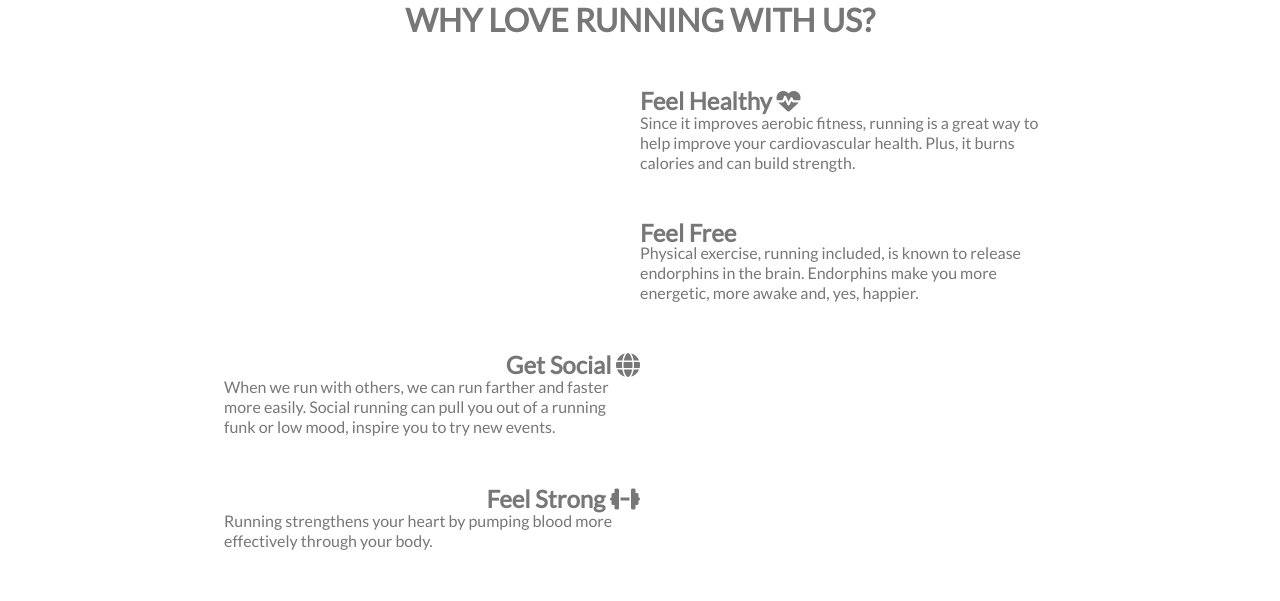
Repository: Baal89/love-running
Page: index.html
The author's editor kept a record of every edit. The page is drawn from the files as they stood at one moment, then again after the next edit.
The browser window is 1280 px wide. The pictures show the part of the page from y = 705 to 1306 px (the page is 2940 px tall).
Pictures or frames that could not be fetched are drawn as grey boxes. Some web libraries are served in a nearby version.

Above is the page before.

### index.html
<!DOCTYPE html>
<html lang="en">

<head>
    <meta charset="UTF-8">
    <meta name="viewport" content="width=device-width, initial-scale=1.0">
    <meta http-equiv="X-UA-Compatible" content="ie=edge">
    <link rel="stylesheet" href="assets/css/style.css" type="text/css" />
    <script src="https://kit.fontawesome.com/609714b29a.js" crossorigin="anonymous"></script>
    <title>Love Running</title>
</head>

<body>
    <header>
        <a href="index.html">
            <h2 id="logo">Love Running</h2>
        </a>
        <nav>
            <ul id="menu">
                <li><a href="#">Sign Up</a></li>
                <li><a href="#">Gallery</a></li>
                <li><a href="index.html" class="active"></a>Home</li>
            </ul>
        </nav>
    </header>
    <section id="hero-outer">
        <div id="hero-image"></div>
        <div id="cover-text">
            <h2>Love Running</h2>
            <h3>Dublin Docklands & Phoenix Park</h3>
        </div>
    </section>
    <section id="club-ethos">
        <h2 id="welcome">Why Love Running with Us?</h2>
        <div id="left-about">
            <div class="left-about-heading">
                <h2>Feel Healthy  <i class="fas fa-heartbeat"></i></h2>
                <hr>
                <p>Since it improves aerobic fitness, running is a great way to help improve your cardiovascular health. Plus, it burns calories and can build strength.</p>
            </div>
            <div class="left-about-heading">
                <h2>Feel Free</h2>
                <hr>
                <p>Physical exercise, running included, is known to release endorphins in the brain. Endorphins make you more energetic, more awake and, yes, happier.</p>
            </div>
        </div>
        <div id="right-about">
            <div class="right-about-heading">
                <h2>Get Social  <i class="fas fa-globe"></i></h2>
                <hr>
                <p>When we run with others, we can run farther and faster more easily. Social running can pull you out of a running funk or low mood, inspire you to try new events.</p>
            </div>
            <div class="right-about-heading">
                <h2>Feel Strong <i class="fas fa-dumbbell"></i></h2>
                <hr>
                <p>Running strengthens your heart by pumping blood more effectively through your body.</p>
            </div>
        </div>
        <div id="center-about">
            <div id="circle-container">

            </div>
        </div>
    </section>
    <section id="times">
        <div>
            <h2>Urban <i class="fas fa-city"></i></h2>
            <h3>Monday</h3>
            <h3>5k</h3>
            <h3>The Marker Hotel</h3>
            <h3>18:30</h3>
        </div>
        <div>
            <h2>Trail <i class="fas fa-tree"></i></h2>
            <h3>Wednesday</h3>
            <h3>10k</h3>
            <h3>The Phoenix Park</h3>
            <h3>18:30</h3>
        </div>
        <div>
            <h2>Urban <i class="fas fa-city"></i></h2>
            <h3>Friday</h3>
            <h3>5k</h3>
            <h3>The Marker Hotel</h3>
            <h3>18:30</h3>
        </div>
        <div>
            <h2>Trail <i class="fas fa-tree"></i></h2>
            <h3>Saturday</h3>
            <h3>10k</h3>
            <h3>The Phenix Park</h3>
            <h3>09:30</h3>
        </div>
        <div>
            <h2>Coffe <i class="fas fa-coffee"></i></h2>
            <h3>Sunday</h3>
            <h3>0k</h3>
            <h3>The Marker Hotel</h3>
            <h3>11:30</h3>
        </div>
    </section>
    <footer>
        social media links in here
    </footer>
</body>

</html>

### assets/css/style.css
@import url('https://fonts.googleapis.com/css?family=Lato: 300|Oswald&display=swap');

* {
    margin: 0;
    padding: 0;
    border: 0;
}

body {
    font-family: Lato;
    color: #777777;
}


#logo {
    float: left;
    font-size: 200%;
    font-family: Oswald;
    text-transform: uppercase;
    letter-spacing: 4px;
    color: #555555;
    margin-left: 30px;
}

#menu {
    font-size: 110%;
    list-style-type: none;
    letter-spacing: 4px;
}

#logo,
#menu {
    line-height: 75px;
}

#menu li {
    float: right;
    margin-right: 30px;
}

#menu a {
    text-decoration: none;
    color: inherit;
}

#menu a:hover {
    border-bottom: 1px solid #777777;
}

.active {
    border-bottom: 1px solid #777777;
}


#hero-image {
    height: 600px;
    width: 100%;
    background-image: url("http://codeinstitute.s3.amazonaws.com/FundamentalsProjects/HTML-CSS/main-image.png");
    background-repeat: no-repeat;
    background-position: center center;

    animation-name: hero-zoom;
    animation-duration: 5s;
    animation-fill-mode: forwards
}

#hero-outer {
    height: 600px;
    width: 100%;
    overflow: hidden;
    position: relative;
}

@keyframes hero-zoom {
    from {
        transform: scale(1);
    }
    to {
        transform: scale(1.1);
    }
}

#cover-text,
#cover-text h2 {
    color: #ffffff;
}

#cover-text {
    font-size: 130%;
    font-family: Oswald;
    text-transform: uppercase;
    letter-spacing: 4px;

    width: 300px;
    height: 200px;

    padding-top: 40px;
    padding-left: 10px;

    background-color: rgba( 241, 109, 107, .7);

    bottom: 30px;
    right: 150px;

    position: absolute;
}


#club-ethos {
    height: 600px;
}

#left-about {
    padding-top: 30px;
    width: 33%;
    float: left;
}

#right-about {
    padding-top: 30px;
    width: 33%;
    float: right;
}

#center-about {
    width: 33%;
    margin: 0 auto;
}

hr {
    border-top: 1px solid #777777;
    width: 100%;
    margin: 5px 0;
}

.left-about-heading {
    width: 50%;
    float: right;
    line-height: 20px;
    clear: both;
    margin-bottom: 50px;
}

.right-about-heading {
    width: 50%;
    float: left;
    line-height: 20px;
    clear: both;
    margin-bottom: 50px;
}

.right-about-heading h2 {
    text-align: right;
}

#welcome {
    margin: 20px 0;
    text-align: center;
    font-size: 200%;
    text-transform: uppercase
}

#circle-container {
    width: 300px;
    height: 300px;
    padding: 30px;
    border-style: solid;
    border-color: #cccccc;
    border-width: 1px;
    border-radius: 50%;
    margin: 0 auto;
    background-image: url("http://codeinstitute.s3.amazonaws.com/FundamentalsProjects/HTML-CSS/video-mask.png");
    background-repeat: no-repeat;
    background-position: center center;
    background-size: cover;
}


#times {
    background-image: url("http://codeinstitute.s3.amazonaws.com/FundamentalsProjects/HTML-CSS/dublin-city.png");
    background-repeat: no-repeat;
    background-position: center center;
    background-size: cover;
    width: 100%;
    overflow: hidden;
}

#times div {
    color: #fafafa;
    background-color: rgba(0, 0, 0, .6);
    width: 19%;
    height: 300px;
    float: left;
    padding: 30px 0 0 10px;
    text-align: center;
    margin: 1px;
}

#times h2 {
    color: #ffffff;
}


footer {
    height: 150px;
}

#social-networks {
    text-align: center;
}

#social-networks li {
    display: inline;
}

#social-networks i {
    font-size: 160%;
    margin: 1%;
    padding: 5%;
    color: #777777;
}

#photo {
    clear: both;
    line-height: 0;
    column-count: 4;
    column-gap: 0;
}

#photo img {
    width: 100%;
}

@media screen and (max-width: 1393px) {
    #club-ethos {
        width: 65%;
        height: 1200px;
        margin: 0 auto;
    }

    #welcome {
        padding: 30px;
        margin-top: 0;
    }

    #left-about,
    #right-about {
        width: 100%;
        float: left;
        padding: 0;
    }

    #center-about {
        clear: both;
        width: 100%;
        float: left;
        padding: 0;
    }

    #times div {
        width: 100%;
        clear: both;
        height: 150px;
        border-style: solid;
        border-bottom-width: 1px;
        border-bottom-color: #fff;
    }

    hr {
        display: none;
    }
}


@media screen and (max-width: 943px) {
    #menu {
        clear: left;
        float: left;
        margin-left: 30px;
        margin-bottom: 20px;
        line-height: 25px;
    }
    #cover-text {
        left: 0px;
    }

    #club-ethos{
        width:90%;
        height: 1200px;
        margin: 0 auto;
    }

    .left-about-heading , .right-about-heading {
        width: inherit;
    }

    .left-about-heading h2 , .right-about-heading h2 {
        width: 100%;
        text-align: center;
    }

    .left-about-heading p , .right-about-heading p {
        text-align: center;
        padding: 0 20px;
    }
}

After the next edit:
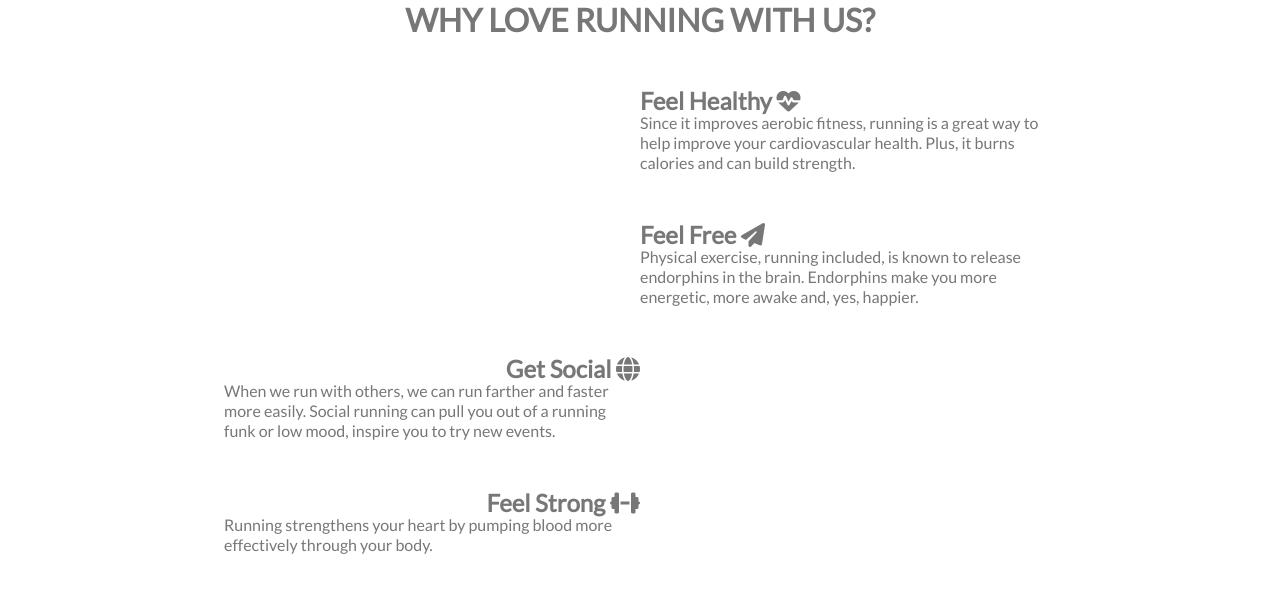
The edit:
--- a/index.html
+++ b/index.html
@@ -39,7 +39,7 @@
                 <p>Since it improves aerobic fitness, running is a great way to help improve your cardiovascular health. Plus, it burns calories and can build strength.</p>
             </div>
             <div class="left-about-heading">
-                <h2>Feel Free</h2>
+                <h2>Feel Free <i class="fas fa-paper-plane"></i></h2>
                 <hr>
                 <p>Physical exercise, running included, is known to release endorphins in the brain. Endorphins make you more energetic, more awake and, yes, happier.</p>
             </div>
